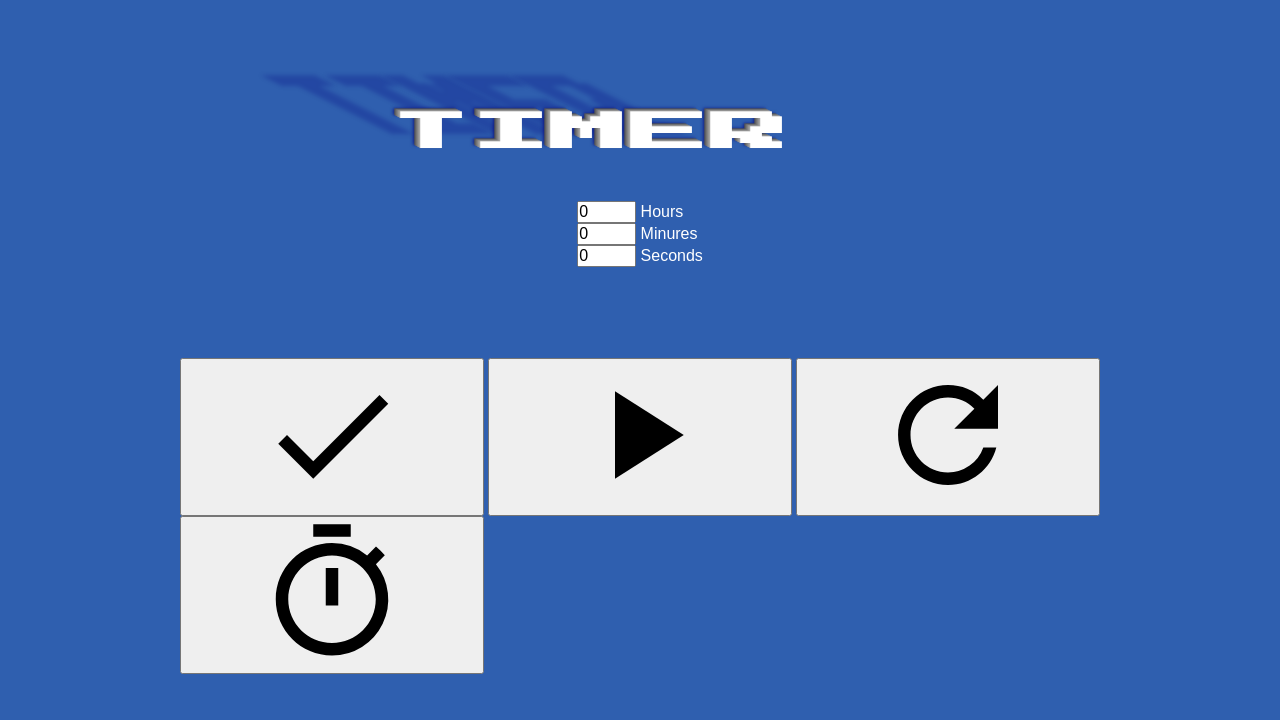
Repository: KrzysKolo/Projekt-12_Timer
Page: index.html
The author's editor kept a copy of each file at every save. The page is drawn from the files as they stood at one save, then again after the next save.
The browser window is 1280 px wide. The pictures show the whole page.
Some web fonts or font styles are not loaded; a fallback is used.

Above is the page before, as saved 2020-06-24 21:39:53.

After the next save:
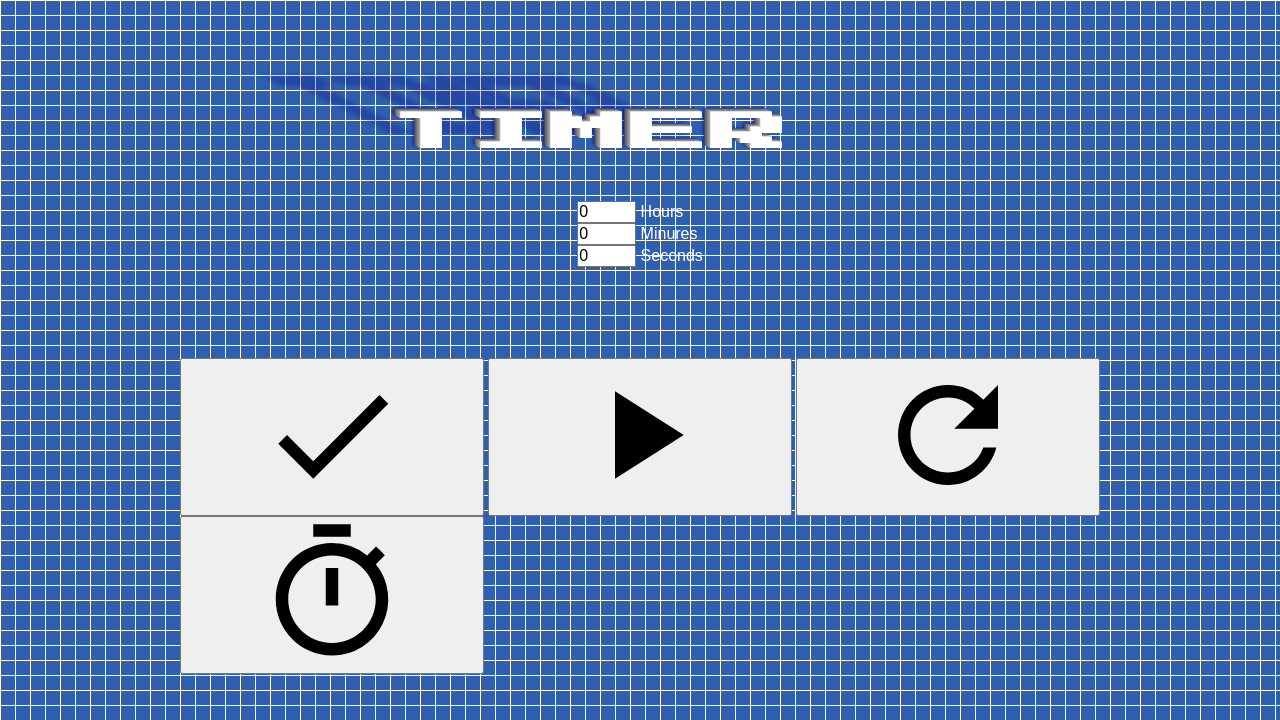
Saved 31 s later.
--- a/css/style.css
+++ b/css/style.css
@@ -10,7 +10,7 @@ body {
   box-sizing: border-box;
   color: #fff;
   font-family: "Aldrich", sans-serif;
-
+  background-color: #2f5faf;
   background-position: 0 1px;
   background-size: 30px 30px;
   background-image: -webkit-repeating-linear-gradient(
@@ -41,8 +41,6 @@ body {
   width: 100vw;
   height: 100vh;
   position: relative;
-
-  background-color: #2f5faf;
 
   display: flex;
   flex-direction: column;
